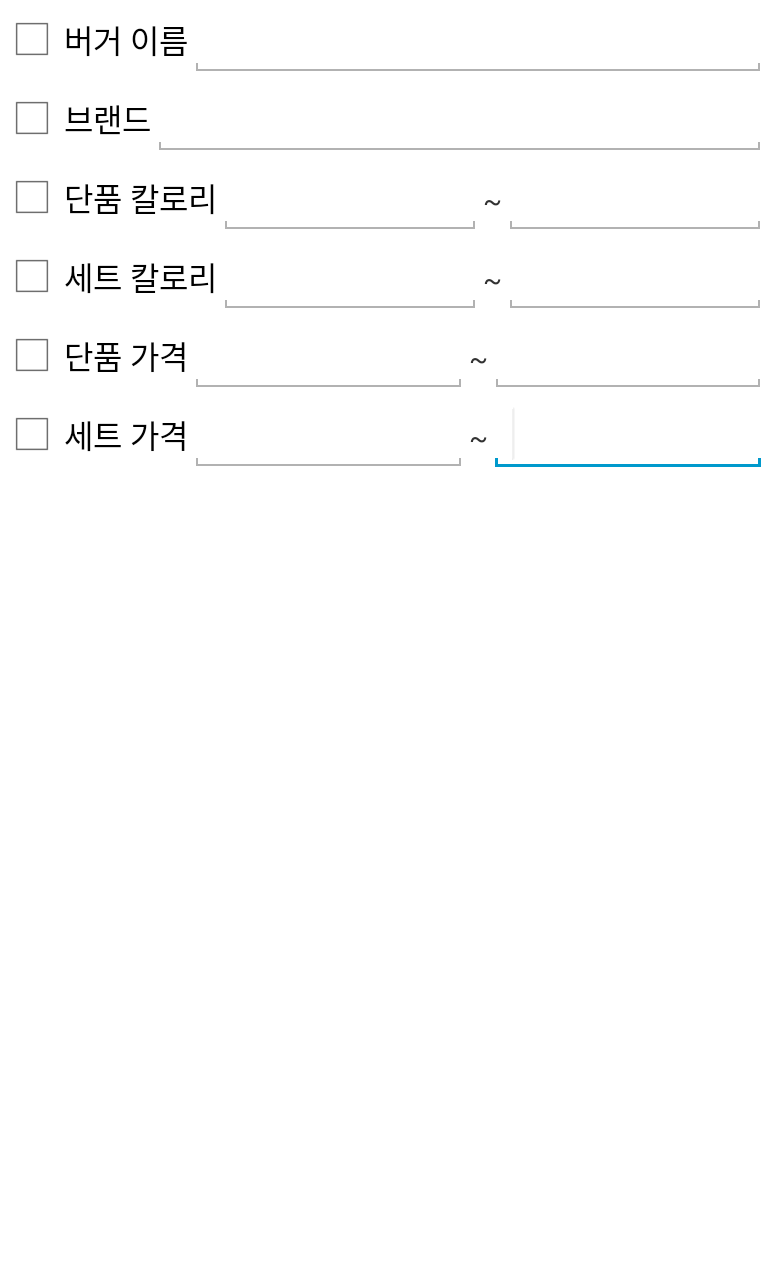
Repository: OnionLord/BurgerWIKI
Layout: burgerDicApp/BurgerDictionary/res/layout/burgersearch.xml
The author's editor kept a copy of each file at every save. The layout is drawn from the files as they stood at one save, then again after the next save.
It is drawn on a 768 x 1280 px phone screen (xhdpi) without system bars, with theme AppTheme; the app's code is not run.

Above is the layout before, as saved 2014-11-07 14:32:48.

### burgerDicApp/BurgerDictionary/res/layout/burgersearch.xml
<LinearLayout xmlns:android="http://schemas.android.com/apk/res/android"
    android:layout_width="fill_parent"
    android:layout_height="fill_parent"
    android:orientation="vertical" >

    <LinearLayout
        android:layout_width="match_parent"
        android:layout_height="wrap_content" >

        <CheckBox
            android:id="@+id/search_chk_name"
            android:layout_width="wrap_content"
            android:layout_height="wrap_content"
            android:text="버거 이름" />

        <EditText
            android:id="@+id/search_name"
            android:layout_width="wrap_content"
            android:layout_height="wrap_content"
            android:layout_weight="1"
            android:ems="10" >

            <requestFocus />
        </EditText>

    </LinearLayout>

    <LinearLayout
        android:layout_width="match_parent"
        android:layout_height="wrap_content" >

        <CheckBox
            android:id="@+id/search_chk_company"
            android:layout_width="wrap_content"
            android:layout_height="wrap_content"
            android:text="브랜드" />

        <EditText
            android:id="@+id/search_company"
            android:layout_width="wrap_content"
            android:layout_height="wrap_content"
            android:layout_weight="1"
            android:ems="10" >

            <requestFocus />
        </EditText>

    </LinearLayout>

    <LinearLayout
        android:layout_width="match_parent"
        android:layout_height="wrap_content" >

        <CheckBox
            android:id="@+id/search_chk_calone"
            android:layout_width="wrap_content"
            android:layout_height="wrap_content"
            android:text="단품 칼로리" />

        <EditText
            android:id="@+id/search_calone1"
            android:layout_width="wrap_content"
            android:layout_height="wrap_content"
            android:layout_weight="1"
            android:ems="10" >

            <requestFocus />
        </EditText>

        <TextView
            android:id="@+id/textView1"
            android:layout_width="wrap_content"
            android:layout_height="wrap_content"
            android:text="~" />

        <EditText
            android:id="@+id/search_calone2"
            android:layout_width="wrap_content"
            android:layout_height="wrap_content"
            android:layout_weight="1"
            android:ems="10" >

            <requestFocus />
        </EditText>

    </LinearLayout>

    <LinearLayout
        android:layout_width="match_parent"
        android:layout_height="wrap_content" >

        <CheckBox
            android:id="@+id/search_chk_calset"
            android:layout_width="wrap_content"
            android:layout_height="wrap_content"
            android:text="세트 칼로리" />

        <EditText
            android:id="@+id/search_calset1"
            android:layout_width="wrap_content"
            android:layout_height="wrap_content"
            android:layout_weight="1"
            android:ems="10" >

            <requestFocus />
        </EditText>

        <TextView
            android:id="@+id/textView2"
            android:layout_width="wrap_content"
            android:layout_height="wrap_content"
            android:text="~" />

        <EditText
            android:id="@+id/search_calset2"
            android:layout_width="wrap_content"
            android:layout_height="wrap_content"
            android:layout_weight="1"
            android:ems="10" >

            <requestFocus />
        </EditText>

    </LinearLayout>

    <LinearLayout
        android:layout_width="match_parent"
        android:layout_height="wrap_content" >

        <CheckBox
            android:id="@+id/search_chk_priceone"
            android:layout_width="wrap_content"
            android:layout_height="wrap_content"
            android:text="단품 가격" />

        <EditText
            android:id="@+id/search_priceone1"
            android:layout_width="wrap_content"
            android:layout_height="wrap_content"
            android:layout_weight="1"
            android:ems="10" >

            <requestFocus />
        </EditText>

        <TextView
            android:id="@+id/textView3"
            android:layout_width="wrap_content"
            android:layout_height="wrap_content"
            android:text="~" />

        <EditText
            android:id="@+id/search_priceone2"
            android:layout_width="wrap_content"
            android:layout_height="wrap_content"
            android:layout_weight="1"
            android:ems="10" >

            <requestFocus />
        </EditText>

    </LinearLayout>

    <LinearLayout
        android:layout_width="match_parent"
        android:layout_height="wrap_content" >

        <CheckBox
            android:id="@+id/search_chk_priceset"
            android:layout_width="wrap_content"
            android:layout_height="wrap_content"
            android:text="세트 가격" />

        <EditText
            android:id="@+id/search_priceset1"
            android:layout_width="wrap_content"
            android:layout_height="wrap_content"
            android:layout_weight="1"
            android:ems="10" >

            <requestFocus />
        </EditText>

        <TextView
            android:id="@+id/textView4"
            android:layout_width="wrap_content"
            android:layout_height="wrap_content"
            android:text="~" />

        <EditText
            android:id="@+id/search_priceset2"
            android:layout_width="wrap_content"
            android:layout_height="wrap_content"
            android:layout_weight="1"
            android:ems="10" >

            <requestFocus />
        </EditText>

    </LinearLayout>

</LinearLayout>

Loaded but not shown: burgerDicApp/BurgerDictionary/res/values/styles.xml (common file); burgerDicApp/BurgerDictionary/res/values-v11/styles.xml (common file); burgerDicApp/BurgerDictionary/res/values-v14/styles.xml (common file)

After the next save:
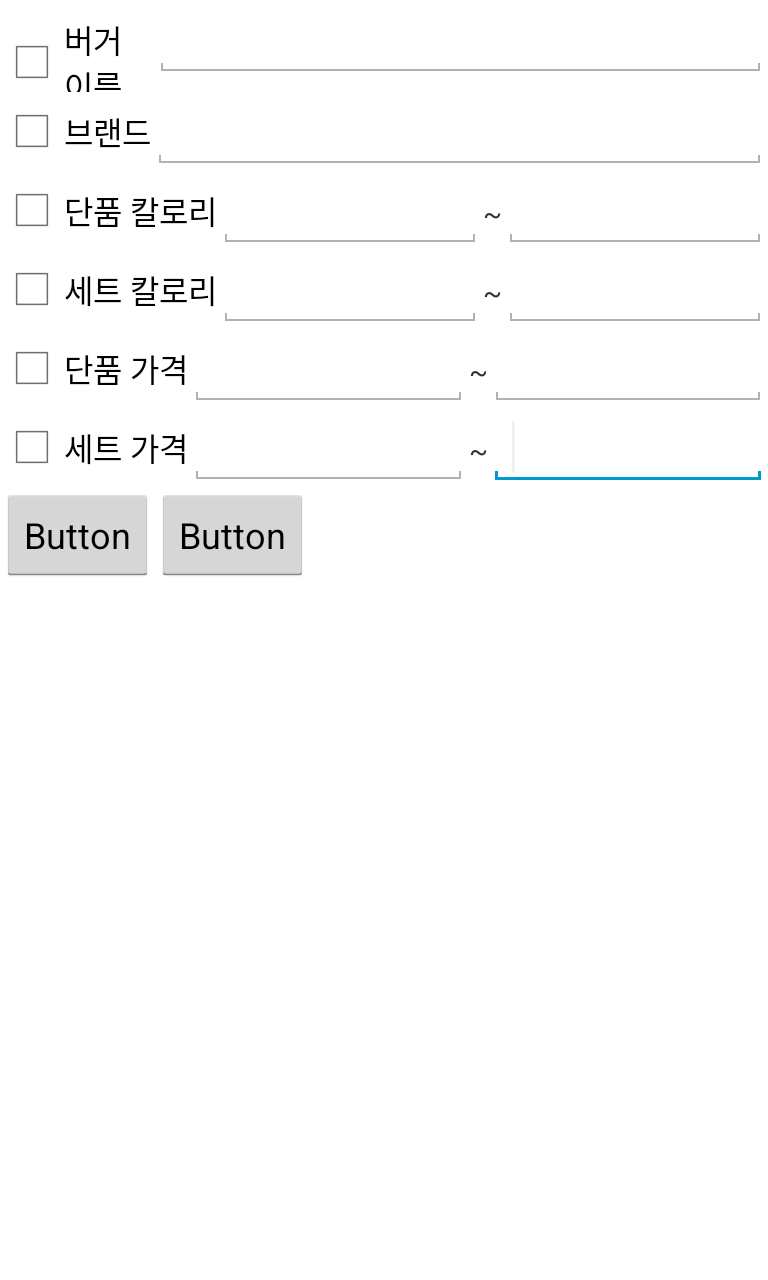
Saved 66 s later.
--- a/burgerDicApp/BurgerDictionary/res/layout/burgersearch.xml
+++ b/burgerDicApp/BurgerDictionary/res/layout/burgersearch.xml
@@ -9,15 +9,16 @@
 
         <CheckBox
             android:id="@+id/search_chk_name"
-            android:layout_width="wrap_content"
+            android:layout_width="0dp"
+            android:layout_weight="1"
             android:layout_height="wrap_content"
             android:text="버거 이름" />
 
         <EditText
             android:id="@+id/search_name"
-            android:layout_width="wrap_content"
-            android:layout_height="wrap_content"
-            android:layout_weight="1"
+            android:layout_width="0dp"
+            android:layout_height="wrap_content"
+            android:layout_weight="4"
             android:ems="10" >
 
             <requestFocus />
@@ -199,4 +200,22 @@
 
     </LinearLayout>
 
+    <LinearLayout
+        android:layout_width="match_parent"
+        android:layout_height="wrap_content" >
+
+        <Button
+            android:id="@+id/button1"
+            android:layout_width="wrap_content"
+            android:layout_height="wrap_content"
+            android:text="Button" />
+
+        <Button
+            android:id="@+id/button2"
+            android:layout_width="wrap_content"
+            android:layout_height="wrap_content"
+            android:text="Button" />
+
+    </LinearLayout>
+
 </LinearLayout>
